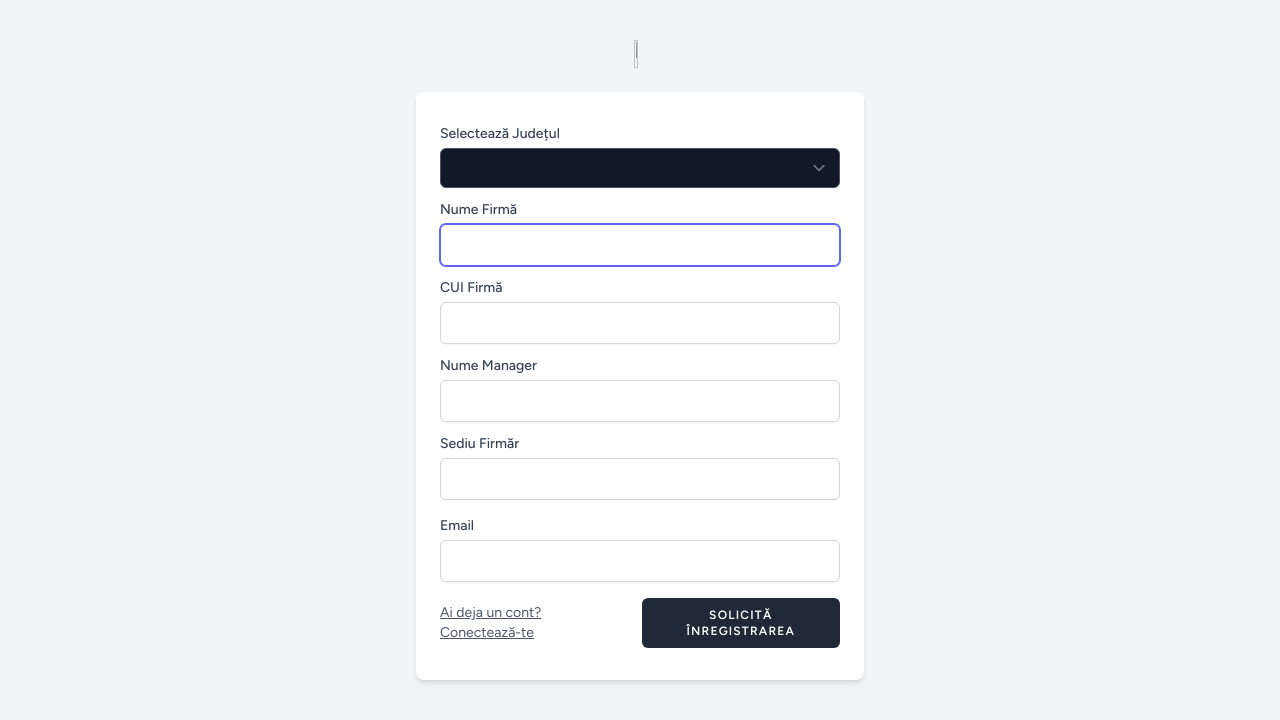
Repository: cosmin05072018/fantastic-events-manager
Page: http://localhost/register
These files come from the project's save history. The page is drawn as it stood at one moment and after the next save; the edit follows.
The browser window is 1280 px wide. The pictures show the whole page.
The page is served by the project's Laravel application, run on PHP 8.4 with Laravel 10. Style sheets and scripts are compiled from the project's sources, by tool versions that may differ from the author's.

Above is the page before, as saved 2024-11-03 18:37:27.

After the next save:
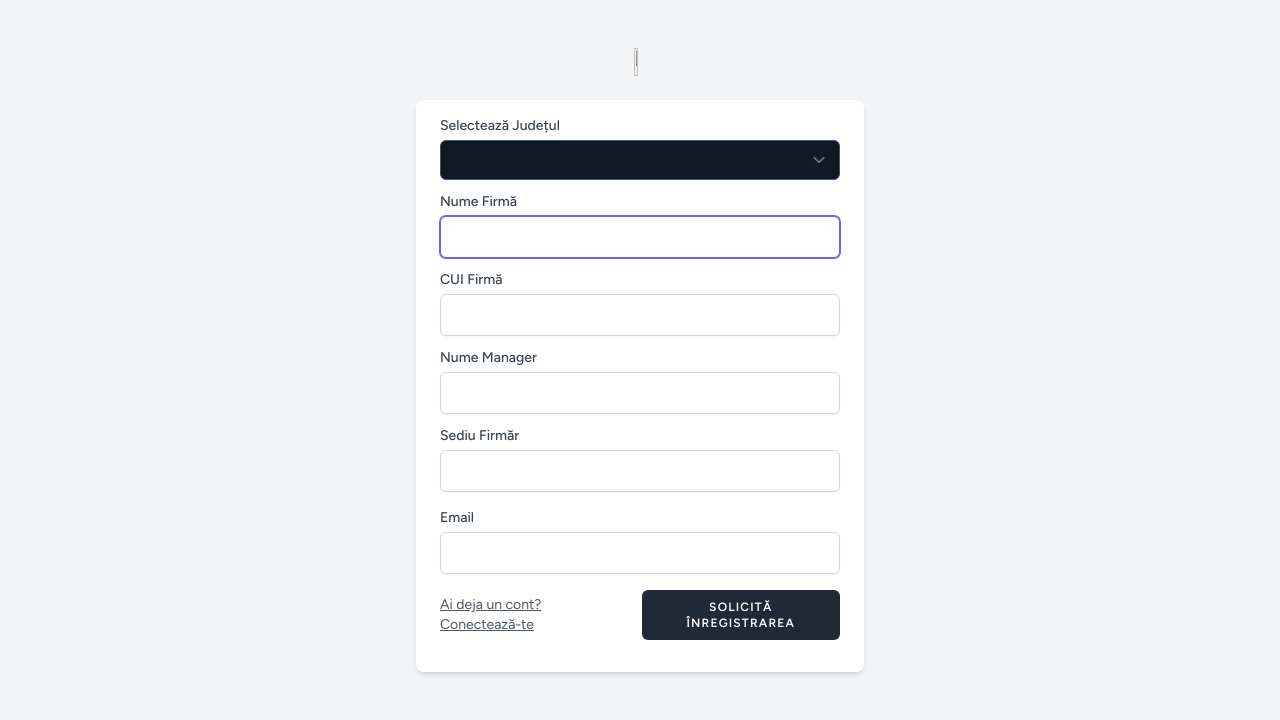
Saved 69 min 31 s later.
--- a/resources/views/auth/register.blade.php
+++ b/resources/views/auth/register.blade.php
@@ -50,7 +50,7 @@
         @csrf
 
         <!-- Județ -->
-        <div class="mt-4">
+        <div>
             <x-input-label for="county" :value="__('Selectează Județul')" />
             <select id="county" name="county" class="block mt-1 w-full select2" required>
                 <option value=""></option>
